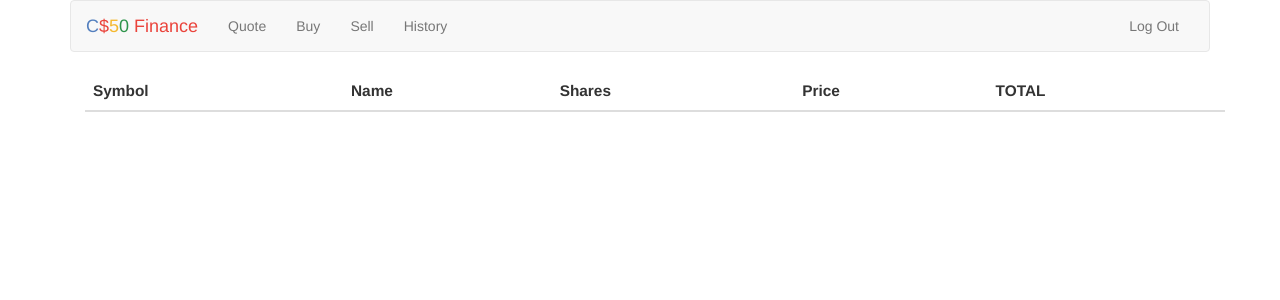
Repository: Agitou/cs50
Page: http://localhost/history
The author's editor kept a record of every edit. The page is drawn from the files as they stood at one moment, then again after the next edit.
The browser window is 1280 px wide. The pictures show the whole page.
Some web libraries are served in a nearby version. The page is served by the project's application, run on Flask 3 (pset7/finance/application.py). The session is filled in as if someone had signed in: {"user_id": 1}. The page reads the database file committed with the project.

Above is the page before.

### pset7/finance/templates/history.html
{% extends "layout.html" %}

{% block title %}
History
{% endblock %}

{% block main %}
<div class="container">
  <table class="table">
    <thead>
      <tr>
        <th>Symbol</th>
        <th>Name</th>
        <th>Shares</th>
        <th>Price</th>
        <th>TOTAL</th>
      </tr>
    </thead>
    <tbody>
        {% for row in rows %}
        <tr>
            <th>{{ row["symbol"] }}</th>
            <th>{{ row["quantity"] }}</th>
            <th>{{ row["pps"] }}</th>
            <th>{{ row["time"] }}</th>
        </tr>
        {% endfor %}
    </tbody>
  </table>
</div>

{% endblock %}

### pset7/finance/templates/layout.html
<!DOCTYPE html>

<html lang="en">

    <head>

        <!-- https://developer.mozilla.org/en-US/docs/Web/HTML/Element/meta -->
        <meta charset="utf-8"/>
        <meta content="initial-scale=1, width=device-width" name="viewport"/>

        <!-- documentation at http://getbootstrap.com/, alternative themes at https://www.bootstrapcdn.com/bootswatch/ -->
        <link href="https://maxcdn.bootstrapcdn.com/bootstrap/3.3.7/css/bootstrap.min.css" rel="stylesheet"/>

        <link href="{{ url_for('static', filename='styles.css') }}" rel="stylesheet"/>

        <link rel="stylesheet" href="https://maxcdn.bootstrapcdn.com/bootstrap/3.3.7/css/bootstrap.min.css">

        <script src="https://ajax.googleapis.com/ajax/libs/jquery/3.2.0/jquery.min.js"></script>
        <script src="https://maxcdn.bootstrapcdn.com/bootstrap/3.3.7/js/bootstrap.min.js"></script>

        <script src="https://code.jquery.com/jquery-3.1.1.min.js"></script>
        <script src="https://maxcdn.bootstrapcdn.com/bootstrap/3.3.7/js/bootstrap.min.js"></script>

        <title>C$50 Finance: {% block title %}{% endblock %}</title>

    </head>

    <body>

        <div class="container">

            <nav class="navbar navbar-default">
                <div class="container-fluid">
                    <div class="navbar-header">
                        <button aria-expanded="false" class="navbar-toggle collapsed" data-target="#navbar" data-toggle="collapse" type="button">
                            <span class="sr-only">Toggle navigation</span>
                            <span class="icon-bar"></span>
                            <span class="icon-bar"></span>
                            <span class="icon-bar"></span>
                        </button>
                        <a class="navbar-brand" href="{{ url_for('index') }}"><span class="blue">C</span><span class="red">$</span><span class="yellow">5</span><span class="green">0</span> <span class="red">Finance</span></a>
                    </div>
                    <div class="collapse navbar-collapse" id="navbar">
                        {% if session.user_id %}
                            <ul class="nav navbar-nav">
                                <li><a href="{{ url_for('quote') }}">Quote</a></li>
                                <li><a href="{{ url_for('buy') }}">Buy</a></li>
                                <li><a href="{{ url_for('sell') }}">Sell</a></li>
                                <li><a href="{{ url_for('history') }}">History</a></li>
                            </ul>
                            <ul class="nav navbar-nav navbar-right">
                                <li><a href="{{ url_for('logout') }}">Log Out</a></li>
                            </ul>
                        {% else %}
                            <ul class="nav navbar-nav navbar-right">
                                <li><a href="{{ url_for('register') }}">Register</a></li>
                                <li><a href="{{ url_for('login') }}">Log In</a></li>
                            </ul>
                        {% endif %}
                    </div>
                </div>
            </nav>

            {% if get_flashed_messages() %}
                <header>
                    <div class="alert alert-info" role="alert">
                        {{ get_flashed_messages() | join(" ") }}
                    </div>
                </header>
            {% endif %}

            <main>
                {% block main %}{% endblock %}
            </main>

        </div>

    </body>

</html>

### pset7/finance/application.py
from cs50 import SQL
from flask import Flask, flash, redirect, render_template, request, session, url_for
from flask_session import Session
from passlib.apps import custom_app_context as pwd_context
from tempfile import mkdtemp
from datetime import datetime

from helpers import *

# configure application
app = Flask(__name__)

# ensure responses aren't cached
if app.config["DEBUG"]:
    @app.after_request
    def after_request(response):
        response.headers["Cache-Control"] = "no-cache, no-store, must-revalidate"
        response.headers["Expires"] = 0
        response.headers["Pragma"] = "no-cache"
        return response

# custom filter
app.jinja_env.filters["usd"] = usd

# configure session to use filesystem (instead of signed cookies)
app.config["SESSION_FILE_DIR"] = mkdtemp()
app.config["SESSION_PERMANENT"] = False
app.config["SESSION_TYPE"] = "filesystem"
Session(app)

# configure CS50 Library to use SQLite database
db = SQL("sqlite:///finance.db")

@app.route("/")
@login_required
def index():

    #get all the portfolio accounts that the user owns
    port_ids = db.execute("SELECT portfolio_id from userPortfolio WHERE user_id=:user_id", user_id=session["user_id"])

    #get the rows with the user's portfolio ids
    rows = db.execute("SELECT symbol, name, total_shares, pps FROM portfolio JOIN stock ON portfolio.stock_id=stock.id")

    #get user's cash
    cash = db.execute("SELECT cash from users WHERE id=:id", id=session["user_id"])[0]["cash"]

    #format cash to two decimal points
    cash = float("{0:.2f}".format(cash))

    #return index with user's portfolio accounts
    return render_template("index.html", rows=rows, cash=cash)

@app.route("/buy", methods=["GET", "POST"])
@login_required
def buy():
    """Buy shares of stock."""

    #if request is POST
    if request.method == "POST":

        #store the number of shares
        sharesToBuy = int(request.form.get("shares"))

        #check if shares is correct
        if not sharesToBuy or sharesToBuy < 0:
            return apology("Invalid share amount")

        #check if symbol is valid
        stock = lookup(request.form.get("symbol"))

        if not stock:
            return apology("Invalid stock")

        #add it to stocks if the stock is not in the database
        if not db.execute("SELECT * FROM stock WHERE name=:name", name=stock["name"]):
            db.execute("INSERT INTO stock(name, symbol, pps) VALUES(:name, :symbol, :pps)",
                name=stock["name"], symbol=stock["symbol"], pps=stock["price"])

        #else just get id
        stockID = db.execute("SELECT id FROM stock WHERE name=:name", name=stock["name"])[0]["id"]

        #check if the user can afford the shares
        sharePrice = float(sharesToBuy * stock["price"])
        userCash = db.execute("SELECT cash FROM users WHERE id=:id", id=session["user_id"])[0]["cash"]

        #if the user can't, return apology
        if sharePrice > userCash:
            return apology("Insufficient amount of cash")

        #get current user's portfolios
        portfolios = db.execute("SELECT * FROM userPortfolio WHERE user_id=:user_id", user_id=session["user_id"])
        edited = False

        #edit portfolio if it exists
        for i in range(len(portfolios)):
            if db.execute("SELECT stock_id from portfolio WHERE id=:pID", pID=portfolios[i]["portfolio_id"])[0]["stock_id"] == stockID:

                db.execute("UPDATE portfolio SET total_shares = total_shares + :sharesToBuy WHERE stock_id=:stock_id",
                    sharesToBuy=sharesToBuy, stock_id=stockID)
                edited = True
                break

        #else create a new account
        if not edited:

            #if he didn't, create a portfolio account
            portfolioID = db.execute("INSERT INTO portfolio (stock_id, total_shares) VALUES (:stock_id, :total_shares)",
                stock_id=stockID, total_shares=sharesToBuy)

            #and link it to the user
            db.execute("INSERT INTO userPortfolio (user_id, portfolio_id) VALUES (:user_id, :portfolio_id)",
                user_id=session["user_id"], portfolio_id=portfolioID)

        #update user's cash amount
        db.execute("UPDATE users SET cash=cash - :sharePrice WHERE id=:id", sharePrice=sharePrice, id=session["user_id"])

        #record current transaction history
        currentDT = datetime.now().strftime('%Y-%m-%d %H:%M:%S')
        db.execute("INSERT INTO transactions(item_id, user_id, quantity, time) VALUES(:stock_id, :user_id, :quantity, :date)",
            stock_id=stockID, user_id=session["user_id"], quantity=sharesToBuy, date=currentDT)

        #flash log in message
        flash("Bought!")

        #return index page
        return redirect(url_for("index"))

    #elif request is GET
    else:
        return render_template("buy.html")

@app.route("/history")
@login_required
def history():
    """Show history of transactions."""

    #get all the transactions of this user
    trans = db.execute("SELECT symbol, quantity, pps, time from transactions JOIN stock ON transactions.item_id=stock.id WHERE user_id=:user_id", user_id=session["user_id"])

    print(trans)
    #return index with user's portfolio accounts
    return render_template("history.html", rows=trans)

@app.route("/login", methods=["GET", "POST"])
def login():
    """Log user in."""

    # forget any user_id
    session.clear()

    # if user reached route via POST (as by submitting a form via POST)
    if request.method == "POST":

        # ensure username was submitted
        if not request.form.get("username"):
            return apology("must provide username")

        # ensure password was submitted
        elif not request.form.get("password"):
            return apology("must provide password")

        # query database for username
        rows = db.execute("SELECT * FROM users WHERE username = :username", username=request.form.get("username"))

        # ensure username exists and password is correct
        if len(rows) != 1 or not pwd_context.verify(request.form.get("password"), rows[0]["hash"]):
            return apology("invalid username and/or password")

        # remember which user has logged in
        session["user_id"] = rows[0]["id"]

        #flash log in message
        flash('You were successfully logged in')

        # redirect user to home page
        return redirect(url_for("index"))

    # else if user reached route via GET (as by clicking a link or via redirect)
    else:
        return render_template("login.html")

@app.route("/logout")
def logout():
    """Log user out."""

    # forget any user_id
    session.clear()

    # redirect user to login form
    return redirect(url_for("login"))

@app.route("/quote", methods=["GET", "POST"])
@login_required
def quote():
    """Get stock quote."""

    #if request is POST
    if request.method == "POST":

        #retrieve quote; return apology if symbol's invalid
        quote = lookup(request.form.get("symbol"))

        if not quote:
            return apology("Invalid Symbol")

        #if invalid return a page with the information
        return render_template("quoted.html", quote=quote)

    #elif request is GET
    else:
        return render_template("quote.html")

@app.route("/register", methods=["GET", "POST"])
def register():
    """Register user."""

    #if request is POST
    if request.method == "POST":

        #check if username was entered
        if not request.form.get("username"):
            return apology("must provide username")

        #check if password was entered
        elif not request.form.get("password"):
            return apology("must provide password")

        #check if confirmation password match the password
        elif request.form.get("password_confirm") != request.form.get("password"):
            return apology("passwords do not match")

        #add the user to the database, return apology if username already exists
        result = db.execute("INSERT INTO users(username, hash) VALUES (:username, :hash)",
            username=request.form.get("username"),
            hash=pwd_context.encrypt(request.form.get("password")))

        if not result:
            return apology("account with the username already exists")

        #forget any user_id
        session.clear()

        #log the user in
        session["user_id"] = result

        #redirect user to home page
        return redirect(url_for("index"))

    #elif request is GET
    else:
        return render_template("register.html")

@app.route("/sell", methods=["GET", "POST"])
@login_required
def sell():
    """Sell shares of stock."""

    #if method is post
    if request.method == "POST":

        #return apology if symbol or shares is incorrect
        symbol = lookup(request.form.get("symbol"))

        if not symbol or not request.form.get("shares") or int(request.form.get("shares")) < 0 :
            return apology("Invalid symbol/share")

        #else store shares to sell
        sharesToSell = int(request.form.get("shares"))

        #check if the user has portfolio account with this share
        portfolios = db.execute("SELECT * FROM userPortfolio WHERE user_id=:user_id", user_id=session["user_id"])
        sold = False

        #edit portfolio if it exists
        for i in range(len(portfolios)):

            #stockID from the current row of the portfolios
            stockID = db.execute("SELECT stock_id FROM portfolio WHERE id=:id", id=portfolios[i]["portfolio_id"])[0]["stock_id"]

            #if stock exists, try to sell
            if db.execute("SELECT symbol from stock WHERE id=:id", id=stockID)[0]["symbol"] == symbol["symbol"]:

                #check if shares to sell isn't more than the user's shares
                if sharesToSell > db.execute("SELECT total_shares from portfolio WHERE id=:id", id=portfolios[i]["portfolio_id"])[0]["total_shares"]:

                    #return apology when it's more
                    return apology("Invalid share amount")

                #else update everything
                else:
                    #update portfolio amount
                    db.execute("UPDATE portfolio set total_shares = total_shares - :sharesToSell WHERE id=:id", id=portfolios[i]["portfolio_id"], sharesToSell=sharesToSell)

                    sharePrice = sharesToSell * symbol["price"]
                    #update user's cash amount
                    db.execute("UPDATE users SET cash = cash + :sharePrice WHERE id=:id", sharePrice=sharePrice, id=session["user_id"])

                    #record current transaction history
                    currentDT = datetime.now().strftime('%Y-%m-%d %H:%M:%S')
                    db.execute("INSERT INTO transactions(item_id, user_id, quantity, time) VALUES(:stock_id, :user_id, :quantity, :date)",
                        stock_id=stockID, user_id=session["user_id"], quantity=(-sharesToSell), date=currentDT)

                    sold = True

                    #flash log in message
                    flash("Sold!")
                    break

        if not sold:
            #if sold is not true after the loop ends, then portfolio account doesn't exist
            return apology("Illegal symbol")
        else:
            #return index page
            return redirect(url_for("index"))

    #elif if method is get
    else:
        return render_template("sell.html")

### pset7/finance/static/styles.css
.container
{
    /* center contents */
    margin-left: auto;
    margin-right: auto;
    text-align: center;
}

/* colors for navbar */
.navbar-default .navbar-brand .blue
{
    color: #537fbe;
}
.navbar-default .navbar-brand .red
{
    color: #ea433b;
}
.navbar-default .navbar-brand .yellow
{
    color: #f5b82e;
}
.navbar-default .navbar-brand .green
{
    color: #2e944b;
}

table
{
    border-spacing: 30px;
    border-collapse: separate;
}
/* color for index header */
thead th
{
   font-weight: bold;
   font-size: 110%;
}

tbody th
{
    font-weight: 100;

}

tfoot th
{
    align-items: right;
    font-weight: normal;
    font-size: 100%;
}

tr:nth-child(even){background-color: #f2f2f2}

main .form-control
{
    /* center form controls */
    display: inline-block;

    /* override Bootstrap's 100% width for form controls */
    width: auto;
}

main img
{
    /* constrain images on small screens */
    max-width: 100%;
}

main td
{
    /* left-align tables' cells */
    text-align: left;
}

### pset7/finance/finance.db (the tables this page reads, as SQL)
CREATE TABLE stock(
"id" INTEGER PRIMARY KEY AUTOINCREMENT NOT NULL,
"name" TEXT NOT NULL,
"symbol" TEXT NOT NULL,
"pps" nUMERIC NOT NULL);
INSERT INTO "stock" VALUES
(3, 'Netflix, Inc.', 'NFLX', 150.17),
(4, 'Genpact Limited Common Stock', 'G', 24.6);

CREATE TABLE transactions(
"id" INTEGER PRIMARY KEY AUTOINCREMENT NOT NULL,
"item_id" INTEGER NOT NULL,
"user_id" INTEGER NOT NULL,
"quantity" INTEGER NOT NULL,
"time" TEXT NOT NULL,
FOREIGN KEY(item_id) REFERENCES stock(id),
FOREIGN KEY(user_id) REFERENCES users(id));
INSERT INTO "transactions" VALUES
(11, 3, 3, 1, '2017-04-26 22:26:43'),
(12, 3, 3, -1, '2017-04-26 22:40:56'),
(13, 3, 3, -1, '2017-04-26 22:42:08'),
(14, 3, 3, -1, '2017-04-26 22:42:46');

Loaded but not shown: pset7/finance/helpers.py (common file)

After the next edit:
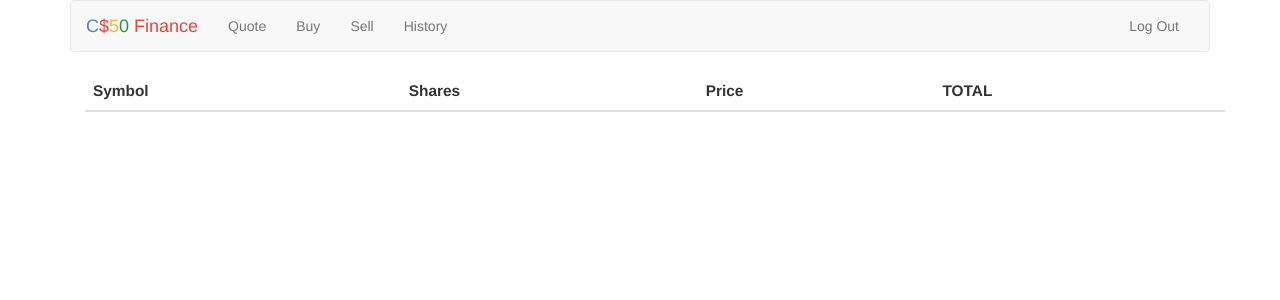
The edit:
--- a/pset7/finance/templates/history.html
+++ b/pset7/finance/templates/history.html
@@ -10,7 +10,6 @@
     <thead>
       <tr>
         <th>Symbol</th>
-        <th>Name</th>
         <th>Shares</th>
         <th>Price</th>
         <th>TOTAL</th>
